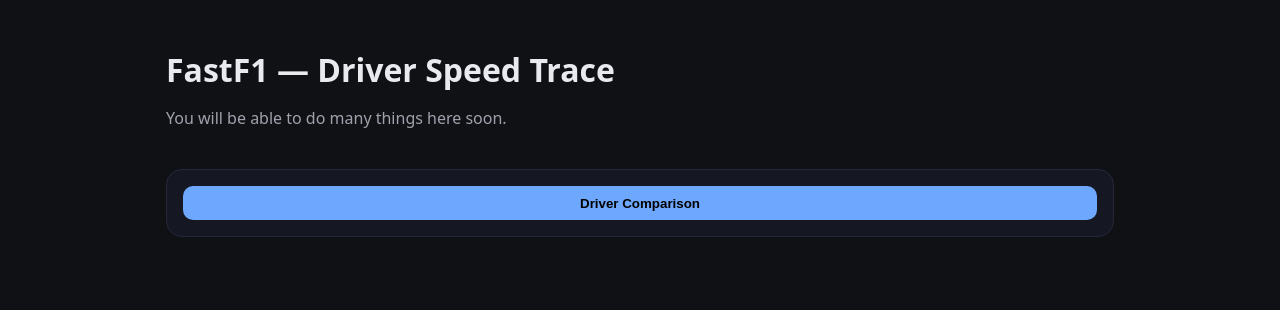
Repository: gqnsptaa/fastf1_web_preview
Page: http://localhost/menu
An editor plug-in stored every save of this project. The page is shown before and after the next save, followed by the edit.
The browser window is 1280 px wide. The pictures show the whole page.
The page is served by the project's application, run on Flask 3 (app.py).

Above is the page before, as saved 2025-09-22 16:41:33.

After the next save:
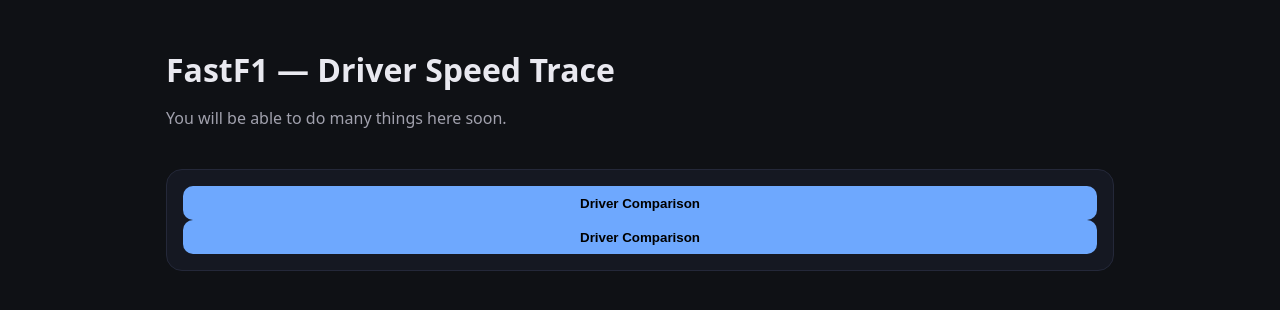
Saved 5 s later.
--- a/templates/menu.html
+++ b/templates/menu.html
@@ -18,6 +18,7 @@
       <div class="card">
         <div class="full">
           <button type="submit">Driver Comparison</button>
+          <button type="submit">Driver Comparison</button>
         </div>
       </div>
     </div>
